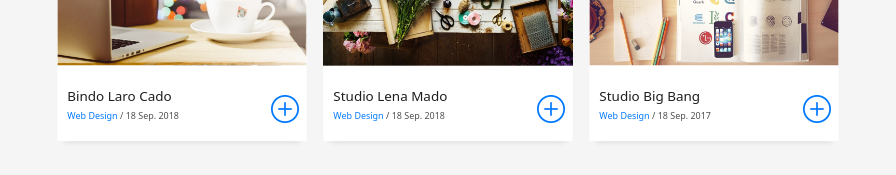
Repository: SayedMosb/protoflio_Bootstrap
Page: test.html
An editor plug-in stored every save of this project. The page is shown before and after the next save, followed by the edit.
The browser window is 1280 px wide. The pictures show the part of the page from y = 2561 to 4481 px (the page is 2811 px tall before and 4836 px after), at 70% of full size.
Backgrounds fixed to the window are drawn as part of the page.

Above is the page before, as saved 2026-10-12 00:40:48.

After the next save:
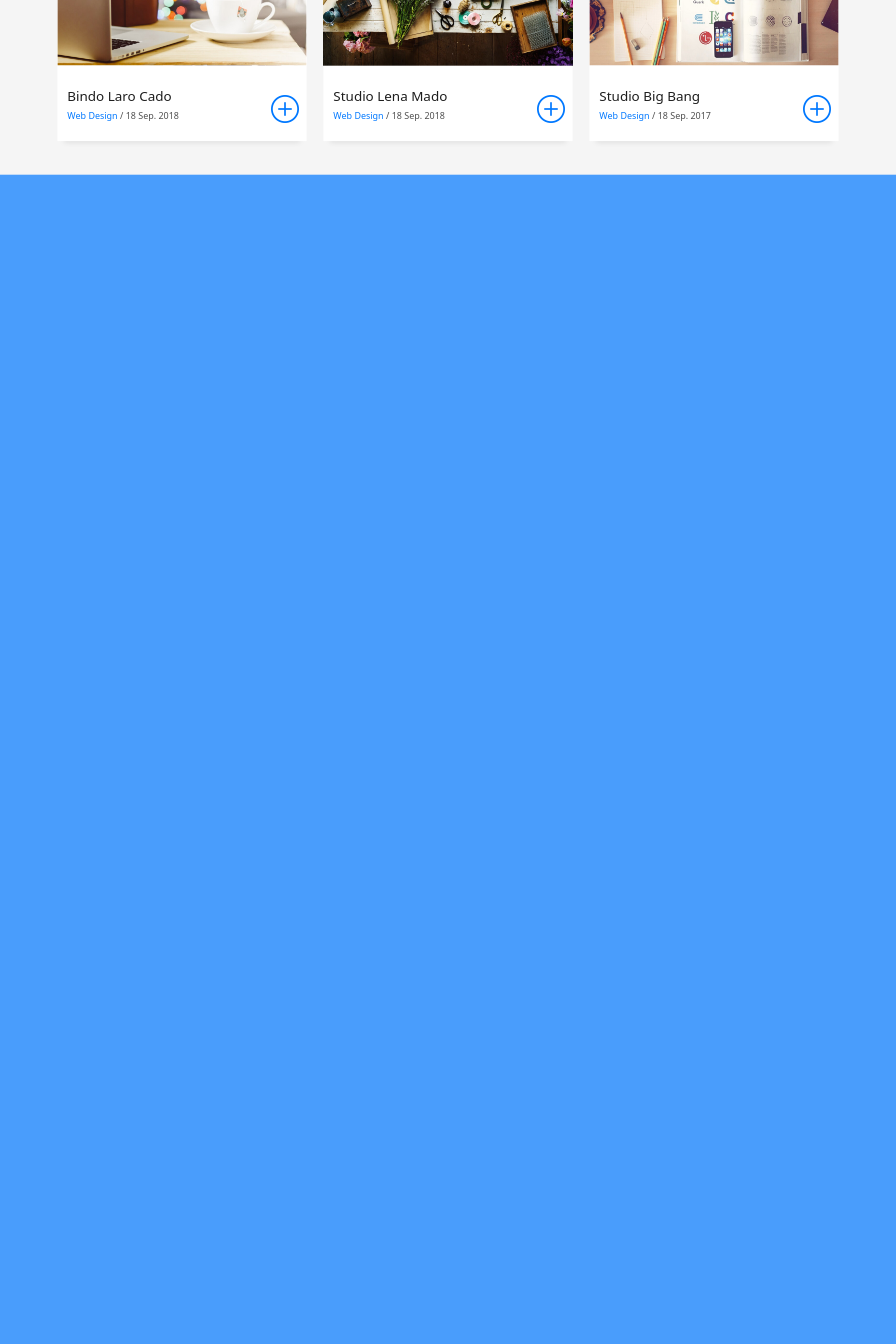
Not found: assets/img/overlay-bg.jpg
Saved 110 s later.
--- a/test.html
+++ b/test.html
@@ -531,6 +531,108 @@
         </div>
       </div>
     </section>
+
+    <div class="testimonials paralax-mf bg-image" style="background-image: url(assets/img/overlay-bg.jpg)">
+      <div class="overlay-mf"></div>
+      <div class="container">
+        <div class="row">
+          <div class="col-md-12">
+
+            <div class="testimonials-slider swiper swiper-initialized swiper-horizontal swiper-pointer-events swiper-backface-hidden" data-aos="fade-up" data-aos-delay="100">
+              <div class="swiper-wrapper" id="swiper-wrapper-5d2efcef27e769f4" aria-live="off" style="transform: translate3d(-4464px, 0px, 0px); transition-duration: 0ms;"><div class="swiper-slide swiper-slide-duplicate" data-swiper-slide-index="0" role="group" aria-label="1 / 2">
+                  <div class="testimonial-box">
+                    <div class="author-test">
+                      <img src="./img/testimonial-2.jpg" alt="" class="rounded-circle b-shadow-a">
+                      <span class="author">Xavi Alonso</span>
+                    </div>
+                    <div class="content-test">
+                      <p class="description lead">
+                        Curabitur arcu erat, accumsan id imperdiet et, porttitor at sem. Lorem ipsum dolor sit amet,
+                        consectetur adipiscing elit.
+                      </p>
+                    </div>
+                  </div>
+                </div><div class="swiper-slide swiper-slide-duplicate swiper-slide-duplicate-prev" data-swiper-slide-index="1" role="group" aria-label="2 / 2">
+                  <div class="testimonial-box">
+                    <div class="author-test">
+                      <img src="./img/testimonial-4.jpeg" alt="" class="rounded-circle b-shadow-a">
+                      <span class="author">Marta Socrate</span>
+                    </div>
+                    <div class="content-test">
+                      <p class="description lead">
+                        Curabitur arcu erat, accumsan id imperdiet et, porttitor at sem. Lorem ipsum dolor sit amet,
+                        consectetur adipiscing elit.
+                      </p>
+                    </div>
+                  </div>
+                </div>
+
+                <div class="swiper-slide swiper-slide-duplicate-active" data-swiper-slide-index="0" role="group" aria-label="1 / 2">
+                  <div class="testimonial-box">
+                    <div class="author-test">
+                      <img src="./img/testimonial-2.jpg" alt="" class="rounded-circle b-shadow-a">
+                      <span class="author">Xavi Alonso</span>
+                    </div>
+                    <div class="content-test">
+                      <p class="description lead">
+                        Curabitur arcu erat, accumsan id imperdiet et, porttitor at sem. Lorem ipsum dolor sit amet,
+                        consectetur adipiscing elit.
+                      </p>
+                    </div>
+                  </div>
+                </div><!-- End testimonial item -->
+
+                <div class="swiper-slide swiper-slide-prev swiper-slide-duplicate-next" data-swiper-slide-index="1" role="group" aria-label="2 / 2">
+                  <div class="testimonial-box">
+                    <div class="author-test">
+                      <img src="./img/testimonial-4.jpeg" alt="" class="rounded-circle b-shadow-a">
+                      <span class="author">Marta Socrate</span>
+                    </div>
+                    <div class="content-test">
+                      <p class="description lead">
+                        Curabitur arcu erat, accumsan id imperdiet et, porttitor at sem. Lorem ipsum dolor sit amet,
+                        consectetur adipiscing elit.
+                      </p>
+                    </div>
+                  </div>
+                </div><!-- End testimonial item -->
+              <div class="swiper-slide swiper-slide-duplicate swiper-slide-active" data-swiper-slide-index="0" role="group" aria-label="1 / 2">
+                  <div class="testimonial-box">
+                    <div class="author-test">
+                      <img src="./img/testimonial-2.jpg" alt="" class="rounded-circle b-shadow-a">
+                      <span class="author">Xavi Alonso</span>
+                    </div>
+                    <div class="content-test">
+                      <p class="description lead">
+                        Curabitur arcu erat, accumsan id imperdiet et, porttitor at sem. Lorem ipsum dolor sit amet,
+                        consectetur adipiscing elit.
+                      </p>
+                    </div>
+                  </div>
+                </div><div class="swiper-slide swiper-slide-duplicate swiper-slide-next swiper-slide-duplicate-prev" data-swiper-slide-index="1" role="group" aria-label="2 / 2">
+                  <div class="testimonial-box">
+                    <div class="author-test">
+                      <img src="./img/testimonial-4.jpeg" alt="" class="rounded-circle b-shadow-a">
+                      <span class="author">Marta Socrate</span>
+                    </div>
+                    <div class="content-test">
+                      <p class="description lead">
+                        Curabitur arcu erat, accumsan id imperdiet et, porttitor at sem. Lorem ipsum dolor sit amet,
+                        consectetur adipiscing elit.
+                      </p>
+                    </div>
+                  </div>
+                </div></div>
+              <div class="swiper-pagination swiper-pagination-clickable swiper-pagination-bullets swiper-pagination-horizontal"><span class="swiper-pagination-bullet swiper-pagination-bullet-active" tabindex="0" role="button" aria-label="Go to slide 1" aria-current="true"></span><span class="swiper-pagination-bullet" tabindex="0" role="button" aria-label="Go to slide 2"></span></div>
+            <span class="swiper-notification" aria-live="assertive" aria-atomic="true"></span></div>
+
+            <!-- <div id="testimonial-mf" class="owl-carousel owl-theme">
+
+        </div> -->
+          </div>
+        </div>
+      </div>
+    </div>
     <script src="https://cdn.jsdelivr.net/npm/bootstrap@5.3.3/dist/js/bootstrap.bundle.min.js"></script>
 
 </body>
